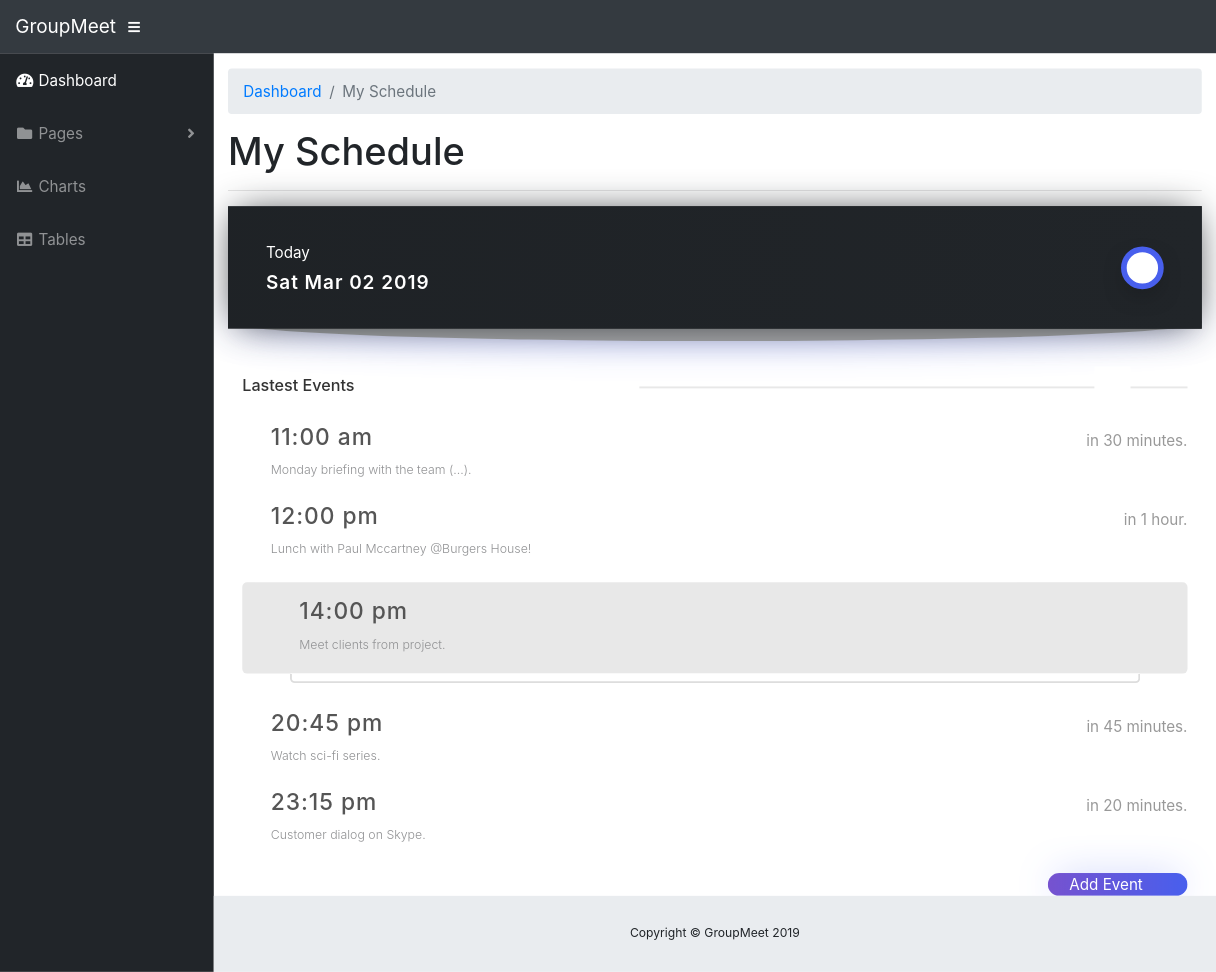
Repository: Map2g/GroupMeet
Page: messing_around.html
The author's editor kept a record of every edit. The page is drawn from the files as they stood at one moment, then again after the next edit.
The browser window is 1280 px wide. The pictures show the whole page, at 95% of full size.

Above is the page before.

After the next edit:
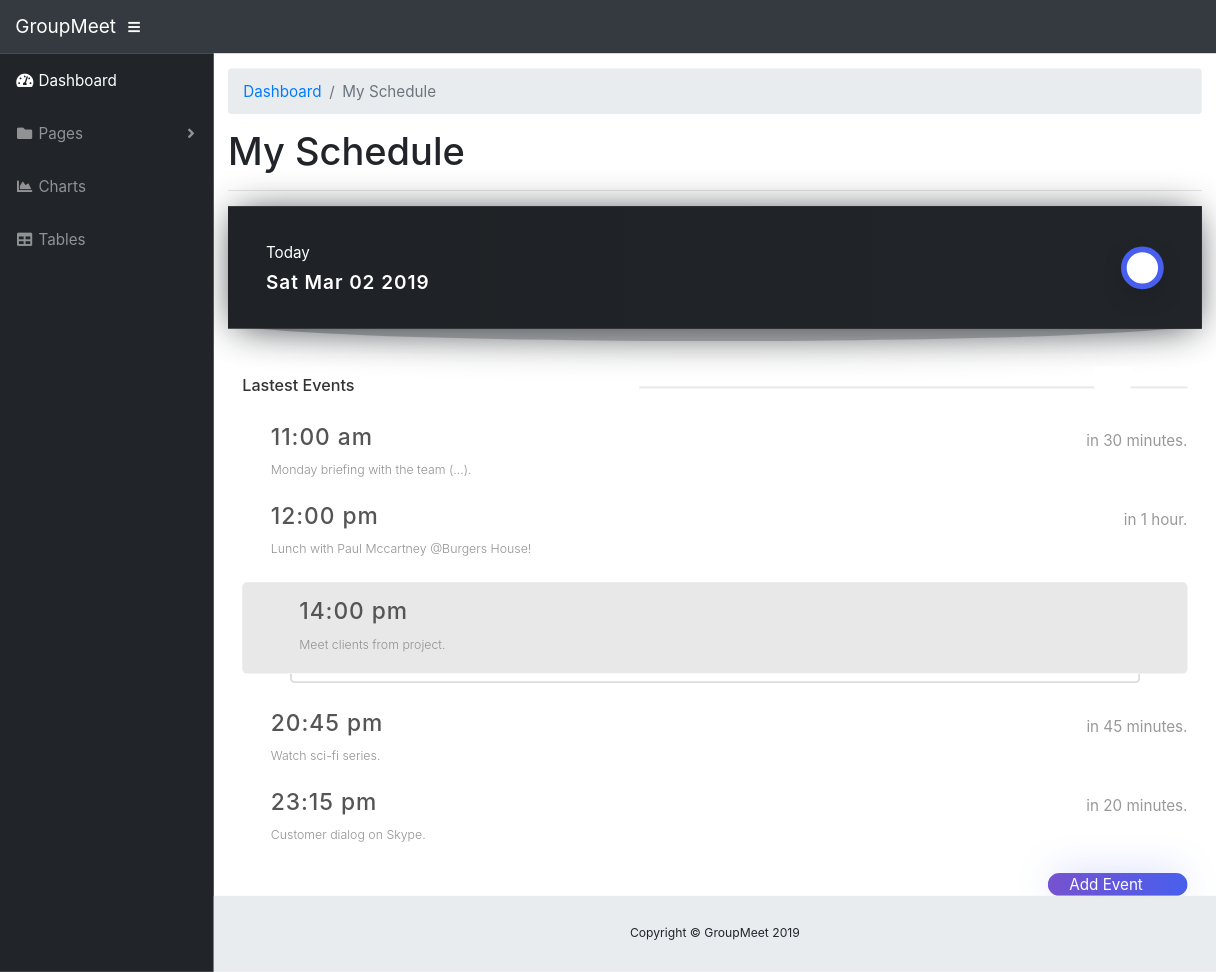
The edit:
--- a/calendar.css
+++ b/calendar.css
@@ -148,7 +148,7 @@
       left: 50%;
       transform: translatex(-50%);
       border-radius: 50%;
-      box-shadow: 0px 0px 40px 0 #485fed;
+      box-shadow: 0px 0px 40px 0 #212529;
    }
    .breadcrumb {
       font-weight: 300;
